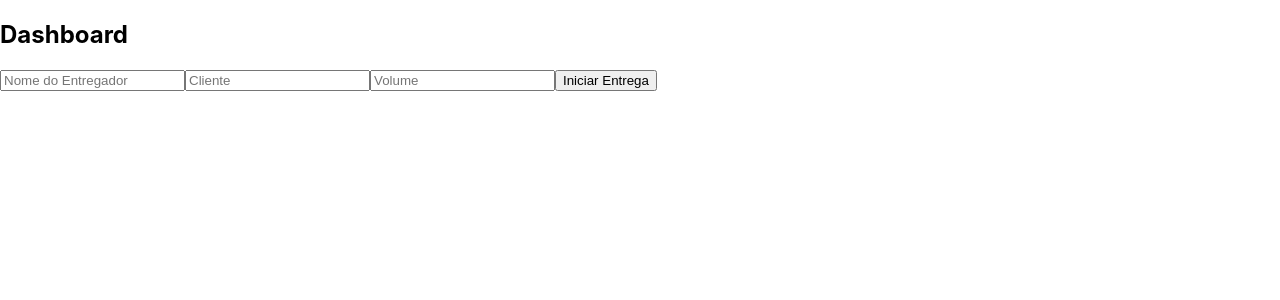
Repository: feliperanon/gestao-entregas
Page: /dashboard (app in frontend/)
An editor plug-in stored every save of this project. The page is shown before and after the next save, followed by the edit.
The browser window is 1280 px wide. The pictures show the whole page.
The page's requests for data from a server got no answer. The project was rebuilt for these pictures with package versions that can differ from the ones it lists, and the page was loaded fresh each time. No one was signed in, and anything a server would have sent is missing. Also part of the build but not shown: frontend/src/pages/Login.js, frontend/src/pages/History.js.

Above is the page before, as saved 2024-06-27 19:05:27.

### frontend/src/App.js
import React from 'react';
import { BrowserRouter as Router, Routes, Route } from 'react-router-dom';
import Login from './pages/Login';
import Dashboard from './pages/Dashboard';
import History from './pages/History';

function App() {
  return (
    <Router>
      <div>
        <Routes>
          <Route path="/" element={<Login />} />
          <Route path="/dashboard" element={<Dashboard />} />
          <Route path="/history" element={<History />} />
        </Routes>
      </div>
    </Router>
  );
}

export default App;

### frontend/src/pages/Dashboard.js
import React, { useState, useEffect } from 'react';
import api from '../services/api';

const Dashboard = () => {
  const [entregas, setEntregas] = useState([]);
  const [form, setForm] = useState({ nomeEntregador: '', cliente: '', volume: '' });

  useEffect(() => {
    const fetchEntregas = async () => {
      try {
        const token = localStorage.getItem('token');
        console.log('Token fetched:', token);
        const response = await api.get('/entregas', {
          headers: { Authorization: `Bearer ${token}` }
        });
        setEntregas(response.data);
      } catch (error) {
        console.error('Error fetching entregas:', error);
      }
    };
    fetchEntregas();
  }, []);

  const handleChange = (e) => {
    setForm({ ...form, [e.target.name]: e.target.value });
  };

  const handleSubmit = async (e) => {
    e.preventDefault();
    try {
      const token = localStorage.getItem('token');
      const response = await api.post('/entregas', form, {
        headers: { Authorization: `Bearer ${token}` }
      });
      setEntregas([...entregas, response.data]);
      setForm({ nomeEntregador: '', cliente: '', volume: '' });
    } catch (error) {
      console.error('Error adding entrega:', error);
    }
  };

  const handleFinalizar = async (id) => {
    try {
      const token = localStorage.getItem('token');
      await api.put(`/entregas/${id}`, { status: 'Finalizada' }, {
        headers: { Authorization: `Bearer ${token}` }
      });
      setEntregas(entregas.map(entrega =>
        entrega._id === id ? { ...entrega, status: 'Finalizada' } : entrega
      ));
    } catch (error) {
      console.error('Error finalizing entrega:', error);
    }
  };

  return (
    <div>
      <h2>Dashboard</h2>
      <form onSubmit={handleSubmit}>
        <input name="nomeEntregador" value={form.nomeEntregador} onChange={handleChange} placeholder="Nome do Entregador" required />
        <input name="cliente" value={form.cliente} onChange={handleChange} placeholder="Cliente" required />
        <input name="volume" value={form.volume} onChange={handleChange} placeholder="Volume" required />
        <button type="submit">Iniciar Entrega</button>
      </form>
      <ul>
        {entregas.map((entrega) => (
          <li key={entrega._id}>
            <span>{entrega.nomeEntregador} - {entrega.cliente} - {entrega.volume} - {entrega.status}</span>
            {entrega.status !== 'Finalizada' && (
              <button onClick={() => handleFinalizar(entrega._id)}>Finalizar Entrega</button>
            )}
          </li>
        ))}
      </ul>
    </div>
  );
};

export default Dashboard;

Loaded but not shown: frontend/public/index.html (common file); frontend/src/index.js (common file); frontend/src/index.css (common file); frontend/src/reportWebVitals.js (common file); frontend/src/services/api.js (common file)

After the next save:
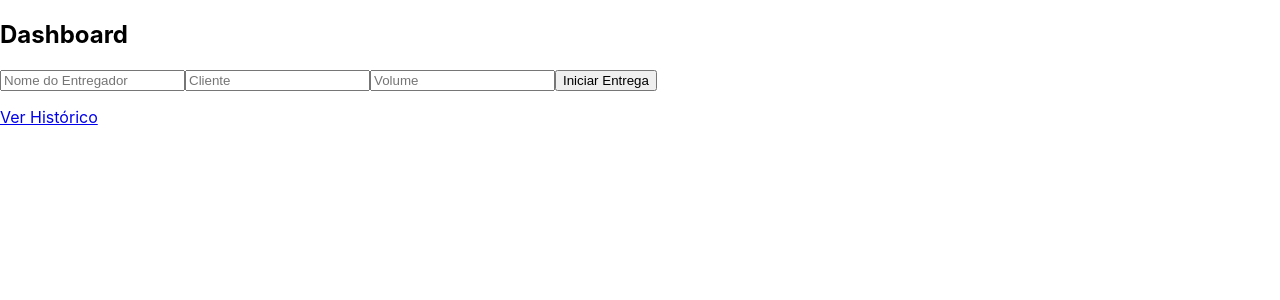
Saved 13 s later.
--- a/frontend/src/pages/Dashboard.js
+++ b/frontend/src/pages/Dashboard.js
@@ -1,4 +1,5 @@
 import React, { useState, useEffect } from 'react';
+import { Link } from 'react-router-dom';
 import api from '../services/api';
 
 const Dashboard = () => {
@@ -72,6 +73,7 @@ const Dashboard = () => {
           </li>
         ))}
       </ul>
+      <Link to="/history">Ver Histórico</Link>
     </div>
   );
 };
